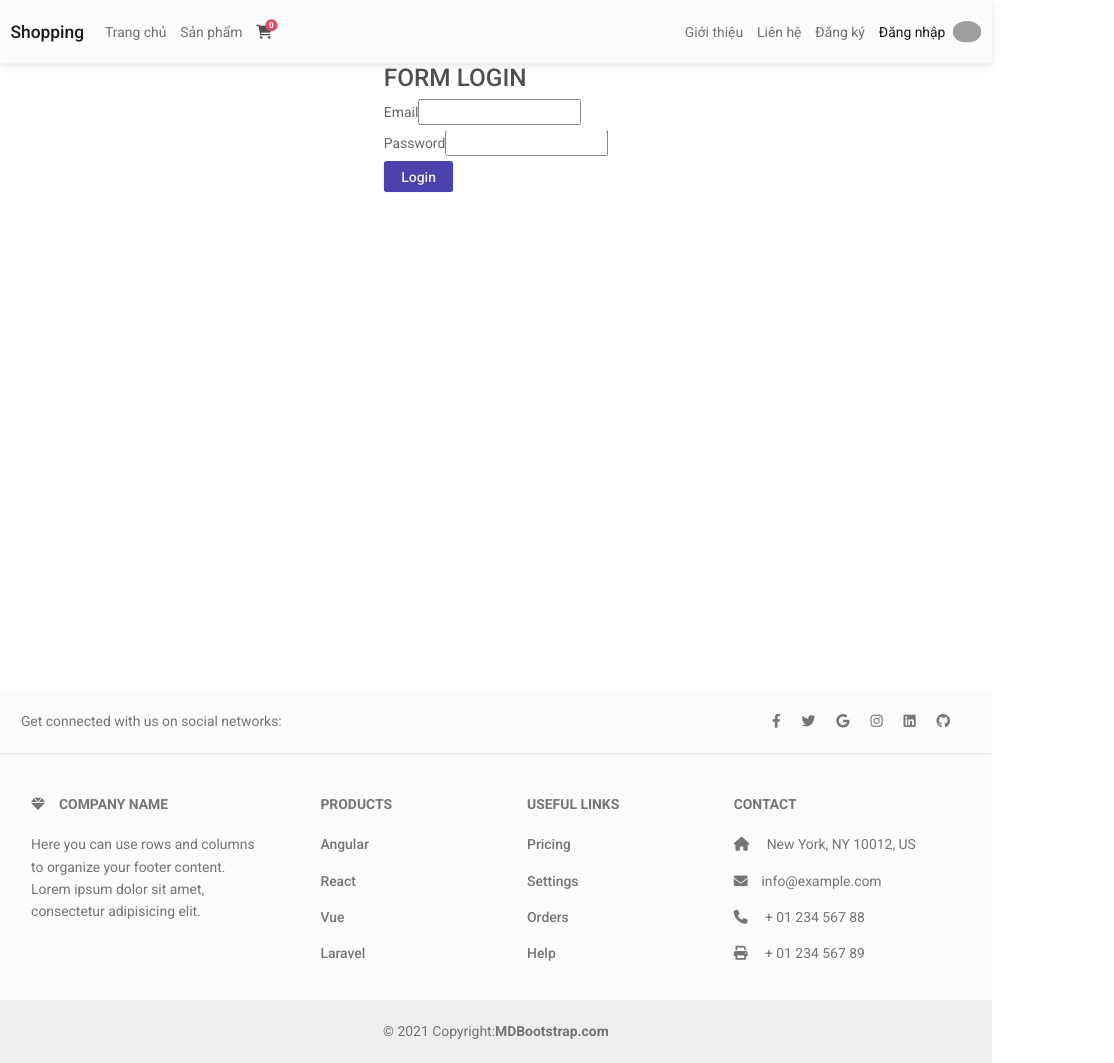
Repository: TinhTT336/MD02_Session10
Page: /login
An editor plug-in stored every save of this project. The page is shown before and after the next save, followed by the edit.
The browser window is 1280 px wide. The pictures show the whole page, at 87% of full size.
Pictures or frames that could not be fetched are drawn as grey boxes. Some web libraries are served in a nearby version. The project was rebuilt for these pictures with package versions that can differ from the ones it lists, and the page was loaded fresh each time. Also part of the build but not shown: vite.config.js, src/pages/Home.jsx, src/common/formatMoney.js, src/actions/cartActions.js, src/pages/ListProduct.jsx, src/pages/Cart.jsx, src/components/base/backtop/backtop.css, src/components/base/backtop/BackToTop.jsx and 11 more.

Above is the page before, as saved 2023-09-08 17:12:24.

### index.html
<!DOCTYPE html>
<html lang="en">
  <head>
    <meta charset="UTF-8" />
    <link rel="icon" type="image/svg+xml" href="/vite.svg" />
    <meta name="viewport" content="width=device-width, initial-scale=1.0" />
    <title>Vite + React</title>
    <!-- Font Awesome -->
    <link
      href="https://cdnjs.cloudflare.com/ajax/libs/font-awesome/6.0.0/css/all.min.css"
      rel="stylesheet"
    />
    <!-- Google Fonts -->
    <link
      href="https://fonts.googleapis.com/css?family=Roboto:300,400,500,700&display=swap"
      rel="stylesheet"
    />
    <!-- MDB -->
    <link
      href="https://cdnjs.cloudflare.com/ajax/libs/mdb-ui-kit/6.4.1/mdb.min.css"
      rel="stylesheet"
    />
  </head>
  <body>
    <div id="root"></div>
    <script type="module" src="/src/main.jsx"></script>
    <script
      type="text/javascript"
      src="https://cdnjs.cloudflare.com/ajax/libs/mdb-ui-kit/6.4.1/mdb.min.js"
    ></script>
  </body>
</html>

### src/main.jsx
import React from 'react'
import ReactDOM from 'react-dom/client'
import App from './App.jsx'
import './index.css'
import { BrowserRouter } from 'react-router-dom'
import { Provider } from 'react-redux'
import { createStore } from 'redux'
import { reducer } from './reducers/index.js'

const store = createStore(reducer)
ReactDOM.createRoot(document.getElementById('root')).render(
  <React.StrictMode>
    <BrowserRouter>
      <Provider store={store}>
        <App />
      </Provider>
    </BrowserRouter>
  </React.StrictMode>,
)

### src/App.jsx

import { Route, Routes, useLocation } from 'react-router-dom'
import './App.css'
import Home from './pages/Home'
import ListProduct from './pages/ListProduct'
import Cart from './pages/Cart'
import About from './pages/About'
import Contact from './pages/Contact'
import Register from './pages/Register'
import Login from './pages/Login'
import ProductDetail from './pages/ProductDetail'
import { useEffect } from 'react'
import PrivateRouter from './pages/private/PrivateRouter'
import HomeAdmin from './pages/private/HomeAdmin'
import ManagerProduct from './pages/private/ManagerProduct'
import ManagerUser from './pages/private/ManagerUser'

function App() {
  const location = useLocation();
  useEffect(() => {
    window.scrollTo({ top: 0, behavior: "smooth" });
  }, [location.pathname])
  return (
    <>
      <Routes>
        {/* Router ai cung co the truy cap */}
        <Route path='/' element={<Home />}></Route>
        <Route path='/list-product' element={<ListProduct />}></Route>
        <Route path='/product/:id' element={<ProductDetail />}></Route>
        <Route path='/cart' element={<Cart />}></Route>
        <Route path='/about' element={<About />}></Route>
        <Route path='/contact' element={<Contact />}></Route>
        <Route path='/register' element={<Register />}></Route>
        <Route path='/login' element={<Login />}></Route>
        <Route path='/product-detail' element={<ProductDetail />}></Route>

        {/* Router chi admin moi co the truy cap */}
        <Route path='/admin' element={<PrivateRouter />}>
          {/* path ="/" duong dan tuyet doi */}
          <Route index element={<HomeAdmin />}></Route>
          <Route path='manager-product' element={<ManagerProduct />}></Route>
          <Route path='manager-user' element={<ManagerUser />}></Route>
        </Route>
      </Routes>
    </>
  )
}

export default App

### src/App.css
* {
  margin: 0;
  padding: 0;
  box-sizing: border-box;
}
/* .active {
  background-color: #efefef;
} */
/* body {
  max-width: 90%;
  margin: 0 auto;
} */

.nav-item .nav-link {
  padding: 15px;
}

.fa-cart-shopping {
  position: relative;
}

.fa-cart-shopping + span {
  position: absolute;
  top: -10px;
  right: -10px;
  background-color: red;
  color: white;
  border-radius: 50%;
  padding: 5px 10px;
}

### src/pages/Login.jsx
import React from 'react'
import Navbar from '../layouts/Navbar'
import Footer from '../layouts/Footer'
import Button from "../components/base/button/Button";

export default function Login() {
    return (
        <div>
            <Navbar />
            <div style={{ minHeight: "100vh" }} className='d-flex justify-content-center align-item-center'>
                <form className='form-container'>
                    <h3 className='form-heading'>FORM LOGIN</h3>
                    <div className='form-group'>
                        <label className='form-label' htmlFor="email">Email</label>
                        <input className='form-input' type="text" id="email" />
                    </div>
                    <div className='form-group'>
                        <label className='form-label' htmlFor="password">Password</label>
                        <input className='form-input' type="password" id="password" />
                    </div>
                    <Button title='Login' type='primary' />
                </form>
            </div>
            <Footer />
        </div>
    )
}

### src/reducers/listProduct.js
import products from "../data/products.json";
export const listProduct = (state = products, action) => {
  return state;
};

### src/layouts/Navbar.jsx
import React from 'react'
import { useSelector } from 'react-redux'
import { Link, NavLink } from 'react-router-dom'

export default function Navbar() {
    const carts = useSelector(cart => cart.listCart);
    return (
        <div>
            <>
                {/* Navbar start */}
                {/* Navbar */}
                <nav className="navbar navbar-expand-lg navbar-light bg-light">
                    {/* Container wrapper */}
                    <div className="container-fluid">
                        {/* Toggle button */}
                        <button
                            className="navbar-toggler"
                            type="button"
                            data-mdb-toggle="collapse"
                            data-mdb-target="#navbarSupportedContent"
                            aria-controls="navbarSupportedContent"
                            aria-expanded="false"
                            aria-label="Toggle navigation"
                        >
                            <i className="fas fa-bars" />
                        </button>
                        {/* Collapsible wrapper */}
                        <div className="collapse navbar-collapse" id="navbarSupportedContent">
                            {/* Navbar brand */}
                            <a className="navbar-brand mt-2 mt-lg-0" >
                                {" "}
                                Shopping{" "}
                            </a>
                            {/* Left links */}
                            <ul className="navbar-nav me-auto mb-2 mb-lg-0">
                                <li className="nav-item">
                                    <NavLink to={"/"} className="nav-link" >
                                        Trang chủ
                                    </NavLink>
                                </li>
                                <li className="nav-item">
                                    <NavLink to={"/list-product"} className="nav-link" >
                                        Sản phẩm
                                    </NavLink>
                                </li>
                                <li className="nav-item">
                                    {/* Icon */}
                                    <Link to={"/cart"} className="text-reset me-3 nav-link" >
                                        <i className="fas fa-shopping-cart" />
                                        <span className="badge rounded-pill badge-notification bg-danger">
                                            {carts.length}
                                        </span>
                                    </Link>
                                </li>
                            </ul>
                            {/* Left links */}
                        </div>
                        {/* Collapsible wrapper */}
                        {/* Right elements */}
                        <div className="d-flex align-items-center">
                            <ul className="navbar-nav me-auto mb-2 mb-lg-0">
                                <li className="nav-item">
                                    <NavLink to={"/about"} className="nav-link" >
                                        Giới thiệu
                                    </NavLink>
                                </li>
                                <li className="nav-item">
                                    <NavLink to={"/contact"} className="nav-link" >
                                        Liên hệ
                                    </NavLink>
                                </li>
                                <li className="nav-item">
                                    <NavLink to={"/register"} className="nav-link" >
                                        Đăng ký
                                    </NavLink>
                                </li>
                                <li className="nav-item">
                                    <NavLink to={"/login"} className="nav-link" >
                                        Đăng nhập
                                    </NavLink>
                                </li>
                            </ul>
                            {/* Avatar */}
                            <div className="dropdown">
                                <a
                                    className="dropdown-toggle d-flex align-items-center hidden-arrow"

                                    id="navbarDropdownMenuAvatar"
                                    role="button"
                                    data-mdb-toggle="dropdown"
                                    aria-expanded="false"
                                >
                                    <img
                                        src="https://mdbcdn.b-cdn.net/img/new/avatars/2.webp"
                                        className="rounded-circle"
                                        height={25}
                                        alt="Black and White Portrait of a Man"
                                        loading="lazy"
                                    />
                                </a>
                                <ul
                                    className="dropdown-menu dropdown-menu-end"
                                    aria-labelledby="navbarDropdownMenuAvatar"
                                >
                                    <li>
                                        <a className="dropdown-item" >
                                            My profile
                                        </a>
                                    </li>
                                    <li>
                                        <a className="dropdown-item" >
                                            Settings
                                        </a>
                                    </li>
                                    <li>
                                        <a className="dropdown-item" >
                                            Logout
                                        </a>
                                    </li>
                                </ul>
                            </div>
                        </div>
                        {/* Right elements */}
                    </div>
                    {/* Container wrapper */}
                </nav>
                {/* Navbar end */}
            </>

        </div>
    )
}

### src/layouts/Footer.jsx
import React from 'react'

export default function Footer() {
    return (
        <>
            <>
                {/* Footer start */}
                {/* Footer */}
                <footer className="text-center text-lg-start bg-light text-muted">
                    {/* Section: Social media */}
                    <section className="d-flex justify-content-center justify-content-lg-between p-4 border-bottom">
                        {/* Left */}
                        <div className="me-5 d-none d-lg-block">
                            <span>Get connected with us on social networks:</span>
                        </div>
                        {/* Left */}
                        {/* Right */}
                        <div>
                            <a href="" className="me-4 text-reset">
                                <i className="fab fa-facebook-f" />
                            </a>
                            <a href="" className="me-4 text-reset">
                                <i className="fab fa-twitter" />
                            </a>
                            <a href="" className="me-4 text-reset">
                                <i className="fab fa-google" />
                            </a>
                            <a href="" className="me-4 text-reset">
                                <i className="fab fa-instagram" />
                            </a>
                            <a href="" className="me-4 text-reset">
                                <i className="fab fa-linkedin" />
                            </a>
                            <a href="" className="me-4 text-reset">
                                <i className="fab fa-github" />
                            </a>
                        </div>
                        {/* Right */}
                    </section>
                    {/* Section: Social media */}
                    {/* Section: Links  */}
                    <section className="">
                        <div className="container text-center text-md-start mt-5">
                            {/* Grid row */}
                            <div className="row mt-3">
                                {/* Grid column */}
                                <div className="col-md-3 col-lg-4 col-xl-3 mx-auto mb-4">
                                    {/* Content */}
                                    <h6 className="text-uppercase fw-bold mb-4">
                                        <i className="fas fa-gem me-3" />
                                        Company name
                                    </h6>
                                    <p>
                                        Here you can use rows and columns to organize your footer content.
                                        Lorem ipsum dolor sit amet, consectetur adipisicing elit.
                                    </p>
                                </div>
                                {/* Grid column */}
                                {/* Grid column */}
                                <div className="col-md-2 col-lg-2 col-xl-2 mx-auto mb-4">
                                    {/* Links */}
                                    <h6 className="text-uppercase fw-bold mb-4">Products</h6>
                                    <p>
                                        <a href="#!" className="text-reset">
                                            Angular
                                        </a>
                                    </p>
                                    <p>
                                        <a href="#!" className="text-reset">
                                            React
                                        </a>
                                    </p>
                                    <p>
                                        <a href="#!" className="text-reset">
                                            Vue
                                        </a>
                                    </p>
                                    <p>
                                        <a href="#!" className="text-reset">
                                            Laravel
                                        </a>
                                    </p>
                                </div>
                                {/* Grid column */}
                                {/* Grid column */}
                                <div className="col-md-3 col-lg-2 col-xl-2 mx-auto mb-4">
                                    {/* Links */}
                                    <h6 className="text-uppercase fw-bold mb-4">Useful links</h6>
                                    <p>
                                        <a href="#!" className="text-reset">
                                            Pricing
                                        </a>
                                    </p>
                                    <p>
                                        <a href="#!" className="text-reset">
                                            Settings
                                        </a>
                                    </p>
                                    <p>
                                        <a href="#!" className="text-reset">
                                            Orders
                                        </a>
                                    </p>
                                    <p>
                                        <a href="#!" className="text-reset">
                                            Help
                                        </a>
                                    </p>
                                </div>
                                {/* Grid column */}
                                {/* Grid column */}
                                <div className="col-md-4 col-lg-3 col-xl-3 mx-auto mb-md-0 mb-4">
                                    {/* Links */}
                                    <h6 className="text-uppercase fw-bold mb-4">Contact</h6>
                                    <p>
                                        <i className="fas fa-home me-3" /> New York, NY 10012, US
                                    </p>
                                    <p>
                                        <i className="fas fa-envelope me-3" />
                                        info@example.com
                                    </p>
                                    <p>
                                        <i className="fas fa-phone me-3" /> + 01 234 567 88
                                    </p>
                                    <p>
                                        <i className="fas fa-print me-3" /> + 01 234 567 89
                                    </p>
                                </div>
                                {/* Grid column */}
                            </div>
                            {/* Grid row */}
                        </div>
                    </section>
                    {/* Section: Links  */}
                    {/* Copyright */}
                    <div
                        className="text-center p-4"
                        style={{ backgroundColor: "rgba(0, 0, 0, 0.05)" }}
                    >
                        © 2021 Copyright:
                        <a className="text-reset fw-bold" href="https://mdbootstrap.com/">
                            MDBootstrap.com
                        </a>
                    </div>
                    {/* Copyright */}
                </footer>
                {/* Footer */}
                {/* Footer end */}
            </>

        </ >
    )
}

### src/components/base/button/Button.jsx
import React from 'react';
import "./button.css";

export default function Button({ title, size, type }) {
    const styleObj = {
        width: size + "px",
    }
    return (
        <>
            <button style={styleObj} className={`t-button t-button-${type}`}>
                {title}
            </button>
        </>
    )
}

### src/contrains/actionTypes.js
export const ACT_ADD_CART = "add";
export const ACT_DECREASE = "decrease";
export const ACT_INCREASE = "increase";
export const ACT_DELETE = "delete";

### src/components/base/button/button.css
.t-button {
  height: 36px;
  border: 1px solid transparent;
  border-radius: 4px;
  padding: 0 16px;
  min-width: 80px;
  /* line-height: 36px; */
  cursor: pointer;
  background-color: #efefef;
}

.t-button-primary {
  background-color: rgba(51, 41, 162, 0.882);
  color: #eee;
}
.t-button-primary:hover {
  background-color: rgba(0, 0, 0, 0.9);
  color: #fff;
}
.t-button-primary:focus {
  background-color: rgba(0, 0, 0, 0.9);
  color: #fff;
}
.t-button-danger {
  background-color: #ff4d4f !important;
}
.t-button-danger:hover {
  background-color: #f5292c !important;
  color: #fff;
}
.t-button-danger:focus {
  background-color: #ef0d11 !important;
  color: #fff;
}

### src/layouts/admin/sidebar/sidebar.css
/* .sidebar-admin {
  width: 230px;
  min-height: 100vh;
  color: #afafaf;
  padding: 5px;
}

.router-item {
  padding: 10px;
  border-bottom: 1px solid rgba(255, 255, 255, 0.1);
  cursor: pointer;
  transition: all.3s ease;
  color: #dfdcdc !important;
  font-size: 14px;
  font-weight: 600;
  display: flex;
  align-items: center;
  position: relative;
  z-index: 1;
  padding: 10px 20px 10px 20px;
  background-color: rgba(255, 255, 255, 0.1);
  border-radius: 5px;
  transition: all.3s ease;
  box-shadow: 0 1px 3px rgba(0, 0, 0, 0.12), 0 1px 2px rgba(0, 0, 0, 0.24);
}

.router-item:hover {
  background-color: rgba(255, 255, 255, 0.2);
  box-shadow: 0 14px 26px -12px rgba(0, 0, 0, 0.42),
    0 4px 23px 0px rgba(0, 0, 0, 0.12), 0 8px 10px -5px rgba(0, 0, 0, 0.2);
  color: #fff !important;
}

.router-item:hover.router-item-icon {
  color: #fff;
}

.router-item-icon {
  font-size: 20px;
  margin-right: 10px;
}

.router-item-title {
  font-size: 14px;
  font-weight: 600;
} */

.m-menu {
  width: 230px;
  background-color: #393a3d;
  color: #fff;
  overflow-y: auto;
}

.m-menu a {
  color: #efe3e3;
  text-decoration: none;
  cursor: pointer;
}

.m-logo-container {
  height: 56px;
  width: 230px;
  display: flex;
  align-items: center;
  /* justify-content: center; */
}

.m-logo-icon {
  height: 56px;
  width: 100%;
  border-right: 1px solid #dadada;
}

.m-menu-item {
  height: calc(100vh - 62px);
  overflow: auto;
}

.m-item-router {
  height: 50px;
  display: flex;
  align-items: center;
  padding-right: 14px;
  padding-left: 8px;
  border-left: 6px solid transparent;
  position: relative;
}

.m-item-router.active::before,
.m-item-router:hover::before {
  content: "";
  color: #fff;
  background: rgb(212, 215, 220);
  opacity: 0.2;
  width: calc(100% + 6px);
  height: 50px;
  left: -6px;
  top: 0px;
  position: absolute;
}

@media screen and (max-width: 600px) {
  .m-item-router .m-item-title {
    display: none;
  }

  .m-menu {
    width: 48px;
  }

  .m-logo-icon {
    height: 70px;
  }
  .collapse {
    left: 8px;
  }
  .collapse .m-item-title {
    display: none;
  }

  .m-navbar {
    height: 48px !important;
  }
}

.m-icon-15-fs {
  margin-right: 8px;
}

### src/pages/login.css
.form-container {
  border: 1px solid #dadada;
  padding: 20px;
  width: 400px;
  height: 500px;
}

Loaded but not shown: src/index.css (common file); src/data/products.json (44 lines, source omitted); src/reducers/listCart.js (96 lines, source omitted); src/reducers/index.js (5 lines, source omitted)

After the next save:
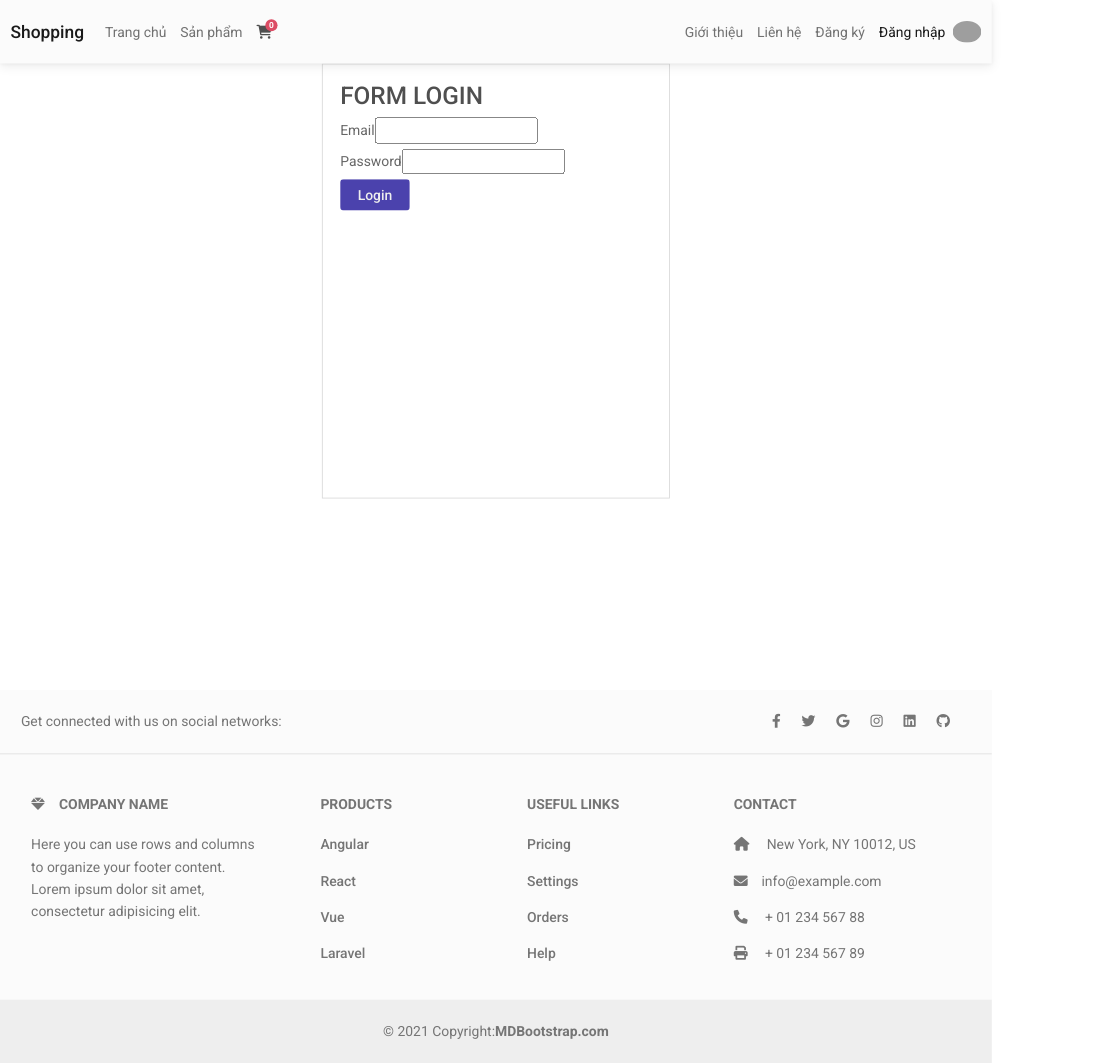
Saved 52 s later.
--- a/src/pages/Login.jsx
+++ b/src/pages/Login.jsx
@@ -2,6 +2,7 @@ import React from 'react'
 import Navbar from '../layouts/Navbar'
 import Footer from '../layouts/Footer'
 import Button from "../components/base/button/Button";
+import "login.css";
 
 export default function Login() {
     return (
